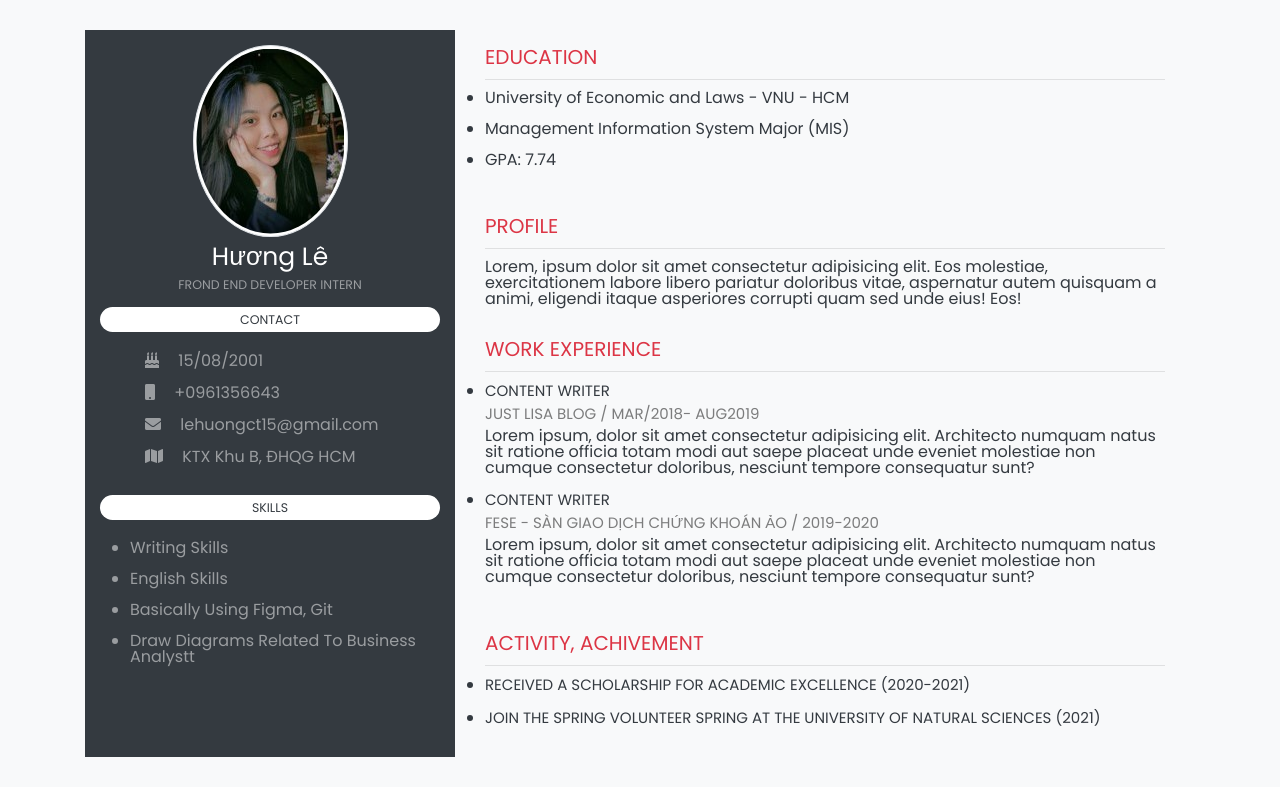
Repository: huongle158/cvhuongle
Page: index.html
These files come from the project's save history. The page is drawn as it stood at one moment and after the next save; the edit follows.
The browser window is 1280 px wide. The pictures show the whole page.
Some web libraries are served in a nearby version.

Above is the page before, as saved 2021-12-13 00:13:54.

After the next save:
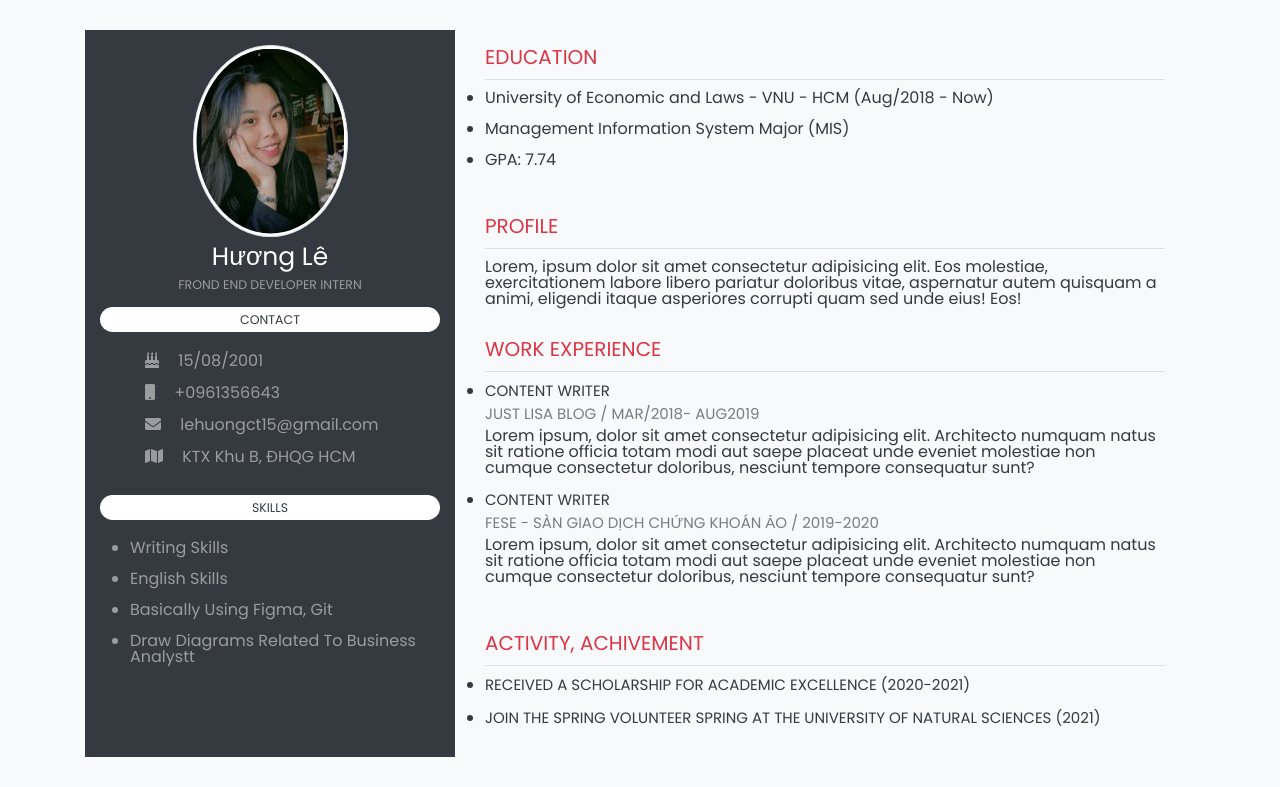
Saved 11 min 22 s later.
--- a/index.html
+++ b/index.html
@@ -78,7 +78,7 @@
                 <h2 class="text-uppercase text-danger">Education</h2>
                 <hr>
                  <ul class="list">
-                <li class="list-item mb-4">University of Economic and Laws - VNU - HCM</li>
+                <li class="list-item mb-4">University of Economic and Laws - VNU - HCM (Aug/2018 - Now)</li>
                 <li class="list-item mb-4">Management Information System Major (MIS)</li>
                 <li class="list-item mb-4">GPA: 7.74</li>
               </ul>
